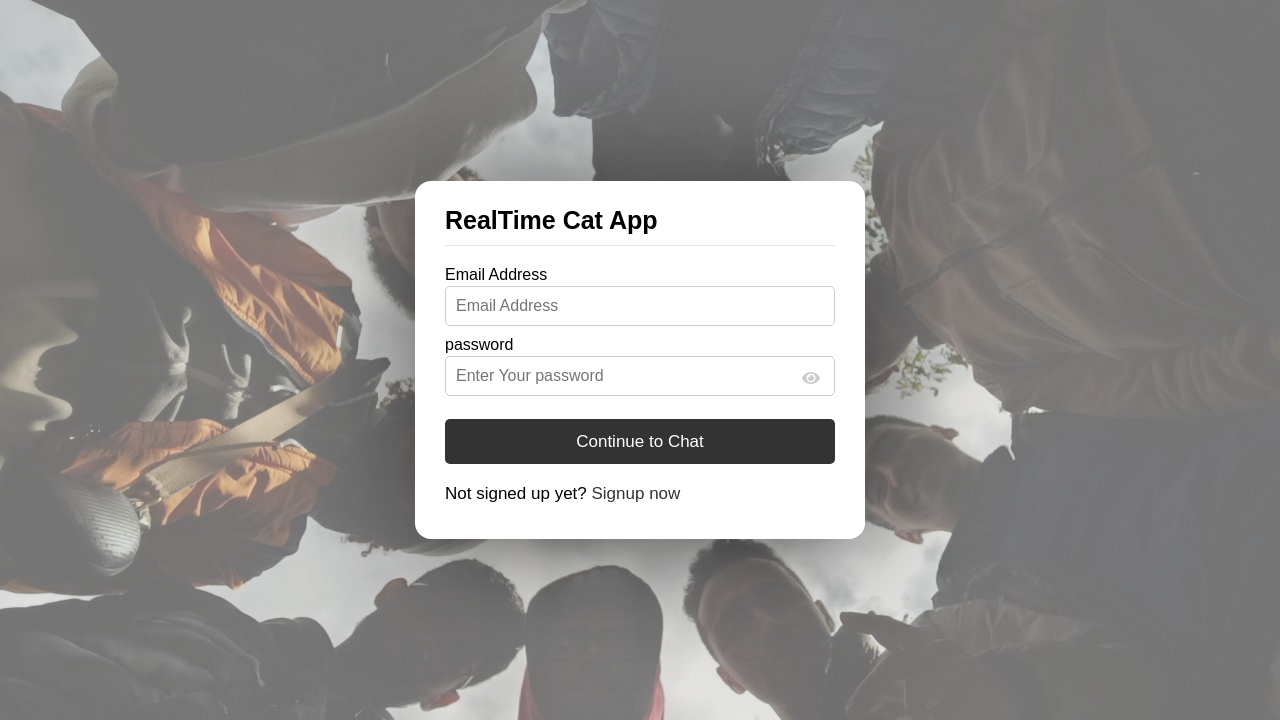
Repository: OmarEssameldinMousa/Chat-Application
Page: http://localhost/login.php
An editor plug-in stored every save of this project. The page is shown before and after the next save, followed by the edit.
The browser window is 1280 px wide. The pictures show the whole page.
The page is run by PHP 8.4 with error messages shown; the project is at /var/www/html/.

Above is the page before, as saved 2023-09-24 23:36:18.

### login.php
<?php include_once "header.php" ?>

<body>
    <div class="wrapper">
        <section class="form login">
            <header>RealTime Cat App</header>
            <form action="#">
                <div class="error-txt"></div>
                <div class="field input">
                    <label for="">Email Address</label>
                    <input type="text" name="email" placeholder="Email Address">
                </div>
                <div class="field input">
                    <label for="">password</label>
                    <input type="password" name="password" placeholder="Enter Your password">
                    <i class="fas fa-eye"></i>
                </div>

                <div class="field button">
                    <input type="submit" value="Continue to Chat">
                </div>
            </form>
            <div class="link">Not signed up yet? <a href="index.php">Signup now</a></div>
        </section>
    </div>

    <script src="javascript/pass-show-hide.js"></script>
    <script src="javascript/login.js"></script>
</body>

</html>

### header.php
<!DOCTYPE html>
<html lang="en">

<head>
    <meta charset="UTF-8">
    <meta name="viewport" content="width=device-width, initial-scale=1.0">
    <title>Realtime Chat App</title>
    <link rel="stylesheet" href="css/normalize.css">
    <link rel="stylesheet" href="css/all.min.css">
    <link rel="stylesheet" href="css/style.css">
</head>

### css/style.css
* {
    margin: 0;
    padding: 0;
    box-sizing: border-box;
    text-decoration: none;
    font-family: 'Poppins', sans-serif;
}


body {
    display: flex;
    align-items: center;
    justify-content: center;
    min-height: 100vh;
    background-image: url("../images/background.jpg");
    background-size: cover;
}

body::after {
    content: "";
    width: 100%;
    height: 100%;
    background-color: #cccccc8a;
    position: absolute;
    z-index: -1;
}

.wrapper {
    background: #fff;
    width: 450px;
    border-radius: 16px;
    box-shadow: 0 0 128px 0 rgba(0, 0, 0, 0.5), 0 32px 64px -48px rgba(0, 0, 0, 0.5);
}

/* Signup Form*/
.form {
    padding: 25px 30px;
}

.form header {
    font-size: 25px;
    font-weight: 600;
    padding-bottom: 10px;
    border-bottom: 1px solid #e6e6e6;
}

.form form {
    margin: 20px 0;
}

.form form .error-txt {
    color: #721c24;
    background: #f8d7da;
    padding: 8px 10px;
    text-align: center;
    border-radius: 5px;
    margin-bottom: 10px;
    border: 1px solid #f5c6cb;
    display: none;
}

.form form .name-details {
    display: flex;
}

form .name-details .field:first-child {
    margin-right: 10px;
}

form .name-details .field:last-child {
    margin-left: 10px;
}

.form form .field {
    display: flex;
    flex-direction: column;
    margin-bottom: 10px;
    position: relative;
}

.form form .field label {
    margin-bottom: 2px;
}


.form form .input input {
    outline: none;
}


.form form .input input {
    height: 40px;
    width: 100%;
    font-size: 16px;
    padding: 0 10px;
    border: 1px solid #ccc;
    border-radius: 5px;
}

.form form .image input {
    font-size: 17px;
}

.form form .button input {
    margin-top: 13px;
    height: 45px;
    border: none;
    font-size: 17px;
    font-weight: 500px;
    background: #333;
    color: #fff;
    border-radius: 5px;
    cursor: pointer;
}

.form form .field i {
    position: absolute;
    right: 15px;
    top: 70%;
    transform: translateY(-50%);
    cursor: pointer;
    color: #ccc;
}

.form form .field i.active::before {
    color: #333;
    content: "\f070";
}

.form .link {
    text-align: cetner;
    margin: 10px 0;
    font-size: 17px;
}

.form .link a {
    color: #333;
}

.form .link a:hover {
    text-decoration: underline;
}

.users {
    padding: 25px 30px;
}

.users header,
.users-list a {
    display: flex;
    align-items: center;
    justify-content: center;
    justify-content: space-between;
    border-bottom: 1px solid #e6e6e6;
    padding-bottom: 15px;

}

.wrapper img {
    object-fit: cover;
    border-radius: 50%;
}

:is(.users, .users-list) .content {
    display: flex;
    align-items: center;
}

.users header .content img {
    height: 50px;
    width: 50px;
}


:is(.users, .users-list) .details {
    color: #000;
    margin-left: 15px;
}

:is(.users, .users-list) .details span {
    font-size: 18px;
    font-weight: 500px;
}

.users header .Logout {
    color: #fff;
    padding: 7px 15px;
    background: #333;
    border-radius: 5px;
    font-size: 17px;
}

.users .search {
    margin: 20px 0;
    display: flex;
    justify-content: space-between;
    align-items: center;
    position: relative;
}

.users .search .text {
    font-size: 18px;
}

.users .search input {
    position: absolute;
    height: 43px;
    width: calc(100% - 50px);
    border: 1px solid #ccc;
    padding: 0 13px;
    font-size: 16px;
    border-radius: 5px 0 0 5px;
    outline: none;
    opacity: 0;
    pointer-events: none;
    transition: all 0.3s ease;
}

.users .search input.active {
    opacity: 1;
    pointer-events: all;
}

.users .search button {
    width: 47px;
    height: 43px;
    border: none;
    outline: none;
    color: #333;
    background-color: #fff;
    border-radius: 0 5px 5px 0;
    cursor: pointer;
    font-size: 17px;
    transition: all 0.2s ease;
}


.users .search button.active {
    color: #fff;
    background-color: #333;
}

.users .search button.active i::before {
    content: "\f00d";
}

.users-list {
    max-height: 350px;
    overflow-y: auto;
}

:is(.users-list, .chat-box)::-webkit-scrollbar {
    width: 0px;
}


.users-list a {
    padding-right: 10px;
    padding-bottom: 10px;
    margin-bottom: 10px;
    border-bottom-color: #f1f1f1;
}

.users-list a:last-child {
    border: none;
    margin-bottom: 0px;
}

.users-list a .content img {
    height: 40px;
    width: 40px;
}


.users header .content p {
    color: #67676a;
}

.users-list a .status-dot {
    font-size: 12px;
    color: #468669;
}

/* to use the online status */
.users-list a .status-dot.offline {
    color: #67676a;
}


/* Chat Area CSS style */

.chat-area header {
    display: flex;
    align-items: center;
    padding: 18px 30px;
}

.chat-area header .back-icon {
    font-size: 18px;
    color: #333;
}

.chat-area header img {
    height: 45px;
    width: 45px;
    margin: 0 15px;
}


.chat-area header span {
    font-size: 17x;
    font-weight: 500;
}

.chat-box {
    height: 500px;
    background-color: #f7f7f7;
    padding: 10px 30px 20px 30px;
    box-shadow: inset 0 32px 32px -32px rgb(0 0 0/ 5%),
        inset 0 -32px 32px -32px rgb(0 0 0/ 5%);
    overflow-y: auto;
}

.chat-box .chat {
    margin: 15px 0;
}

.chat-box .chat p {
    word-wrap: break-word;
    padding: 8px 16px;
    box-shadow: 0px 0px 12px 0px rgba(0, 0, 0, 10%), 0px 0px 20px 0px rgb(0 0 0 / 10%);
}

.chat-box .outgoing {
    display: flex;
}

.outgoing .details {
    margin-left: auto;
    max-width: calc(100% - 130px);
    /* margin-bottom: 15px; */
}

.outgoing .details p {
    border-radius: 18px 18px 0 18px;
    background-color: #333;
    color: #fff;
}


.chat-box .incoming {
    display: flex;
    align-items: flex-end;
}

.chat-box .incoming img {
    height: 35px;
    width: 35px;
}

.incoming .details {
    margin-left: 10px;
    margin-right: auto;
    max-width: calc(100% - 130px);
}

.incoming .details p {
    background-color: #fff;
    align-items: center;
    color: #333;
    border-radius: 18px 18px 18px 0;
}

.chat-area .typing-area {
    padding: 18px 30px;
    display: flex;
    justify-content: space-between;
}

.typing-area input {
    height: 45px;
    width: calc(100% - 58px);
    font-size: 17px;
    border: 1px solid #ccc;
    padding: 0 13px;
    border-radius: 5px 0 0 5px;
    outline: none;
}

.typing-area button {
    width: 55px;
    border: none;
    outline: none;
    border-radius: 0 5px 5px 0;
    background-color: #333;
    color: #fff;
    cursor: pointer;
}

### javascript/pass-show-hide.js
const pswrdField = document.querySelector(".form .field input[type='password']"), toggleBtn = document.querySelector(".form .field i");

//used to show password and hide password
toggleBtn.onclick = () => {
    if (pswrdField.type == "password") {
        pswrdField.type = "text";
        toggleBtn.classList.add("active")
    }
    else {
        pswrdField.type = "password";
        toggleBtn.classList.remove("active")
    }
}

### javascript/login.js
const form = document.querySelector(".login form"),
    continueBtn = form.querySelector(".button input"),
    errorText = document.querySelector(".error-txt");

form.onsubmit = (e) => {
    e.preventDefault();
}

continueBtn.onclick = () => {
    let xhr = new XMLHttpRequest();
    xhr.open("POST", "php/login.php", true);
    xhr.onload = () => {
        if (xhr.readyState == 4 && xhr.status == 200) {
            let data = xhr.response;
            console.log(data);
            if (data == "success") {
                location.href = "users.php";
            } else {
                errorText.textContent = data;
                errorText.style.display = "block";
            }
        }
    }

    let formData = new FormData(form)
    xhr.send(formData)
}

Loaded but not shown: css/normalize.css (library); css/all.min.css (library)

After the next save:
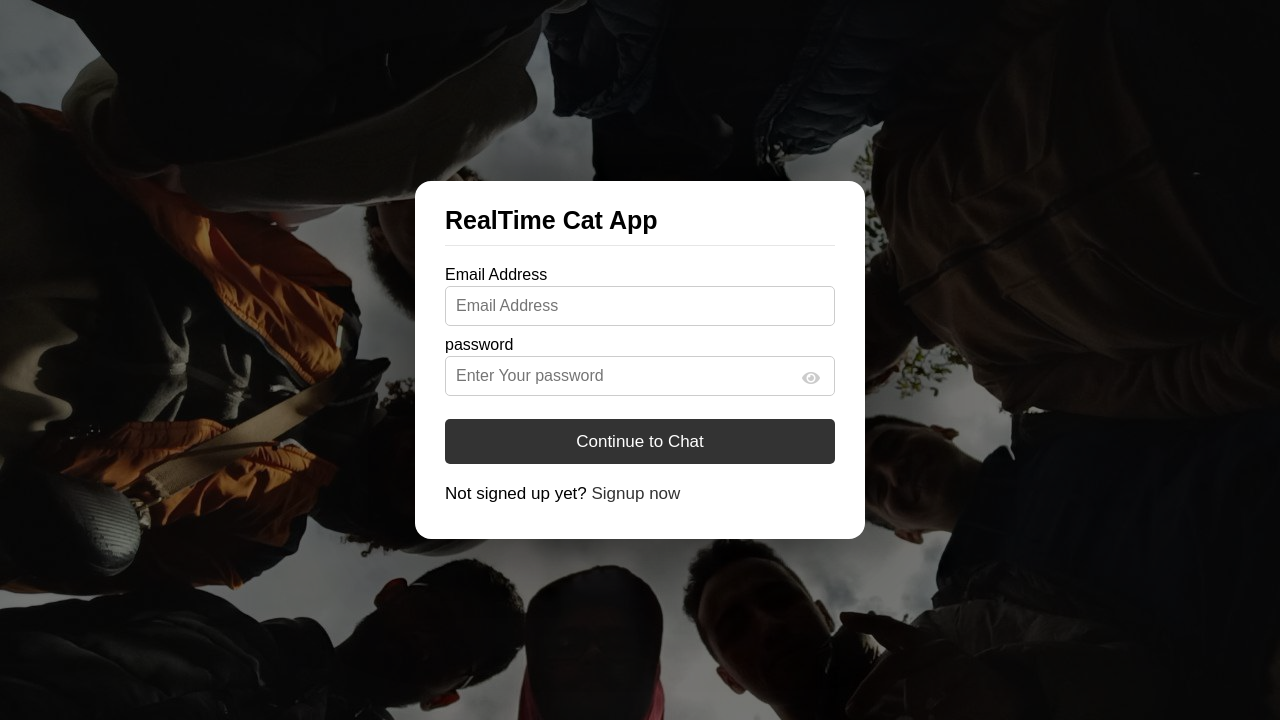
Saved 19 s later.
--- a/css/style.css
+++ b/css/style.css
@@ -20,7 +20,7 @@ body::after {
     content: "";
     width: 100%;
     height: 100%;
-    background-color: #cccccc8a;
+    background-color: #0000008a;
     position: absolute;
     z-index: -1;
 }
